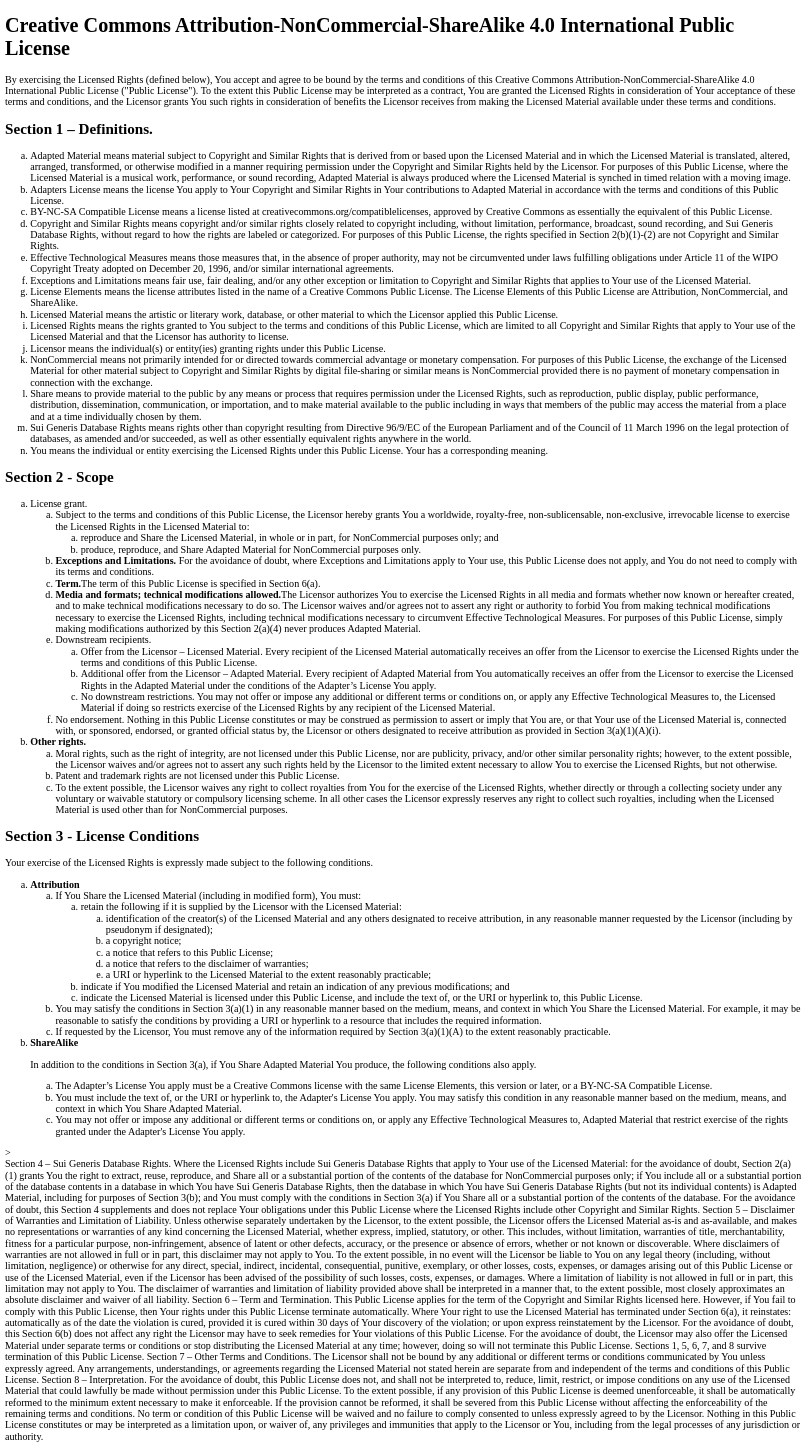
Repository: Team-Ikigami/Ascendance
Page: LICENSE-CC BY-NC-SA.html
An editor plug-in stored every save of this project. The page is shown before and after the next save, followed by the edit.
The browser window is 1280 px wide. The pictures show the whole page, at 63% of full size.

Above is the page before, as saved 2021-12-12 01:55:24.

After the next save:
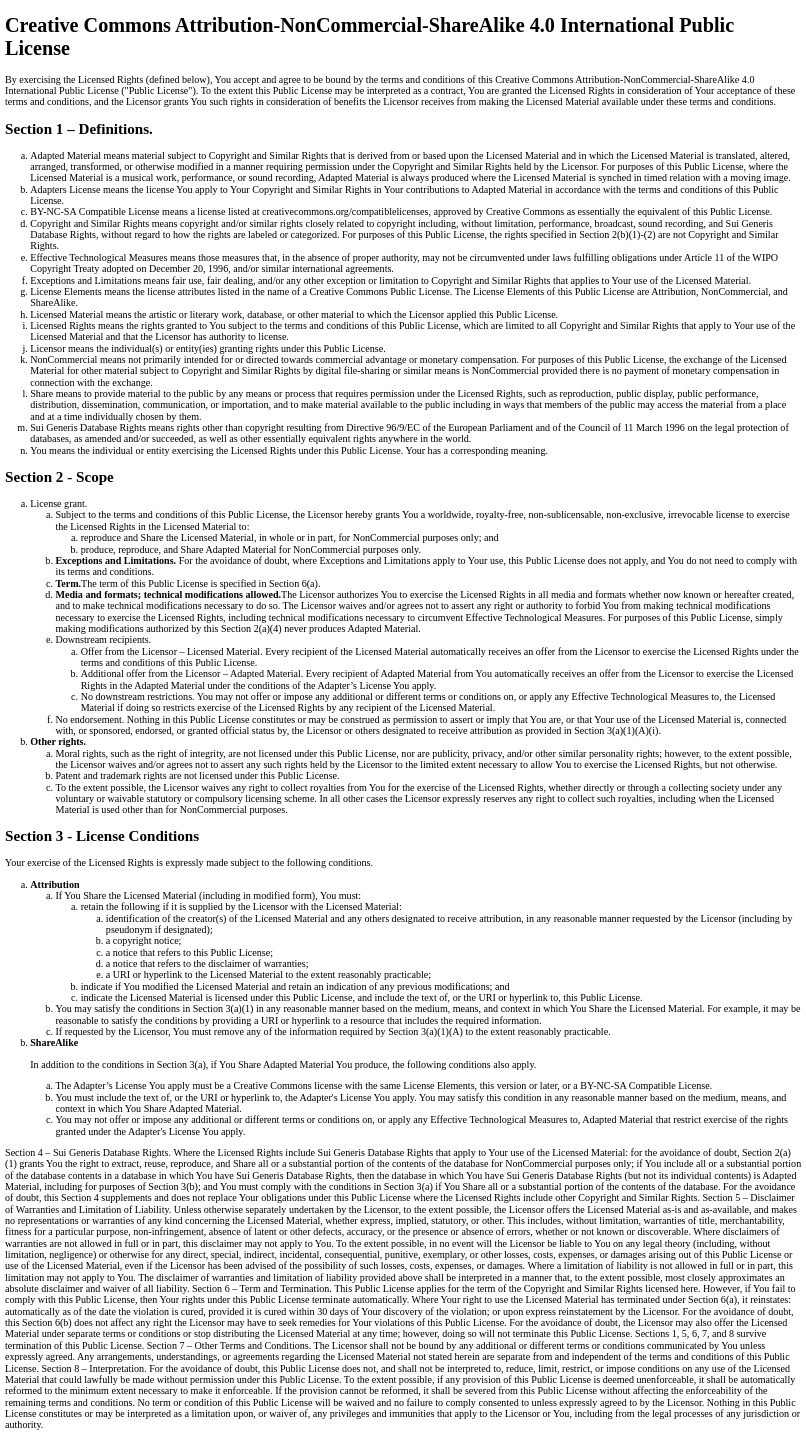
Saved 24 s later.
--- a/LICENSE-CC BY-NC-SA.html
+++ b/LICENSE-CC BY-NC-SA.html
@@ -63,41 +63,39 @@
 			</ol>
 		</li>
 	</ol>
-	<div>
-		<h2>Section 3 - License Conditions</h2>
-		Your exercise of the Licensed Rights is expressly made subject to the following conditions.
-		<ol>
-			<li><b>Attribution</b>
-				<ol>
-					<li>If You Share the Licensed Material (including in modified form), You must:
-						<ol>
-							<li>retain the following if it is supplied by the Licensor with the Licensed Material:
-								<ol>
-									<li>identification of the creator(s) of the Licensed Material and any others designated to receive attribution, in any reasonable manner requested by the Licensor (including by pseudonym if designated);</li>
-									<li>a copyright notice;</li>
-									<li>a notice that refers to this Public License;</li>
-									<li>a notice that refers to the disclaimer of warranties;</li>
-									<li>a URI or hyperlink to the Licensed Material to the extent reasonably practicable;</li>
-								</ol>
-							</li>
-							<li>indicate if You modified the Licensed Material and retain an indication of any previous modifications; and</li>
-							<li>indicate the Licensed Material is licensed under this Public License, and include the text of, or the URI or hyperlink to, this Public License.</li>
-						</ol>
-					</li>
-					<li>You may satisfy the conditions in Section 3(a)(1) in any reasonable manner based on the medium, means, and context in which You Share the Licensed Material. For example, it may be reasonable to satisfy the conditions by providing a URI or hyperlink to a resource that includes the required information.</li>
-					<li>If requested by the Licensor, You must remove any of the information required by Section 3(a)(1)(A) to the extent reasonably practicable.</li>
-				</ol>
-			</li>
-			<li><b>ShareAlike</b>
-				<p>In addition to the conditions in Section 3(a), if You Share Adapted Material You produce, the following conditions also apply.</p>
-				<ol>
-					<li>The Adapter’s License You apply must be a Creative Commons license with the same License Elements, this version or later, or a BY-NC-SA Compatible License.</li>
-					<li>You must include the text of, or the URI or hyperlink to, the Adapter's License You apply. You may satisfy this condition in any reasonable manner based on the medium, means, and context in which You Share Adapted Material.</li>
-					<li>You may not offer or impose any additional or different terms or conditions on, or apply any Effective Technological Measures to, Adapted Material that restrict exercise of the rights granted under the Adapter's License You apply.</li>
-				</ol>
-			</li>
-		</ol>>
-	</div>
+	<h2>Section 3 - License Conditions</h2>
+	Your exercise of the Licensed Rights is expressly made subject to the following conditions.
+	<ol>
+		<li><b>Attribution</b>
+			<ol>
+				<li>If You Share the Licensed Material (including in modified form), You must:
+					<ol>
+						<li>retain the following if it is supplied by the Licensor with the Licensed Material:
+							<ol>
+								<li>identification of the creator(s) of the Licensed Material and any others designated to receive attribution, in any reasonable manner requested by the Licensor (including by pseudonym if designated);</li>
+								<li>a copyright notice;</li>
+								<li>a notice that refers to this Public License;</li>
+								<li>a notice that refers to the disclaimer of warranties;</li>
+								<li>a URI or hyperlink to the Licensed Material to the extent reasonably practicable;</li>
+							</ol>
+						</li>
+						<li>indicate if You modified the Licensed Material and retain an indication of any previous modifications; and</li>
+						<li>indicate the Licensed Material is licensed under this Public License, and include the text of, or the URI or hyperlink to, this Public License.</li>
+					</ol>
+				</li>
+				<li>You may satisfy the conditions in Section 3(a)(1) in any reasonable manner based on the medium, means, and context in which You Share the Licensed Material. For example, it may be reasonable to satisfy the conditions by providing a URI or hyperlink to a resource that includes the required information.</li>
+				<li>If requested by the Licensor, You must remove any of the information required by Section 3(a)(1)(A) to the extent reasonably practicable.</li>
+			</ol>
+		</li>
+		<li><b>ShareAlike</b>
+			<p>In addition to the conditions in Section 3(a), if You Share Adapted Material You produce, the following conditions also apply.</p>
+			<ol>
+				<li>The Adapter’s License You apply must be a Creative Commons license with the same License Elements, this version or later, or a BY-NC-SA Compatible License.</li>
+				<li>You must include the text of, or the URI or hyperlink to, the Adapter's License You apply. You may satisfy this condition in any reasonable manner based on the medium, means, and context in which You Share Adapted Material.</li>
+				<li>You may not offer or impose any additional or different terms or conditions on, or apply any Effective Technological Measures to, Adapted Material that restrict exercise of the rights granted under the Adapter's License You apply.</li>
+			</ol>
+		</li>
+	</ol>
 </body>
 </html>
 
